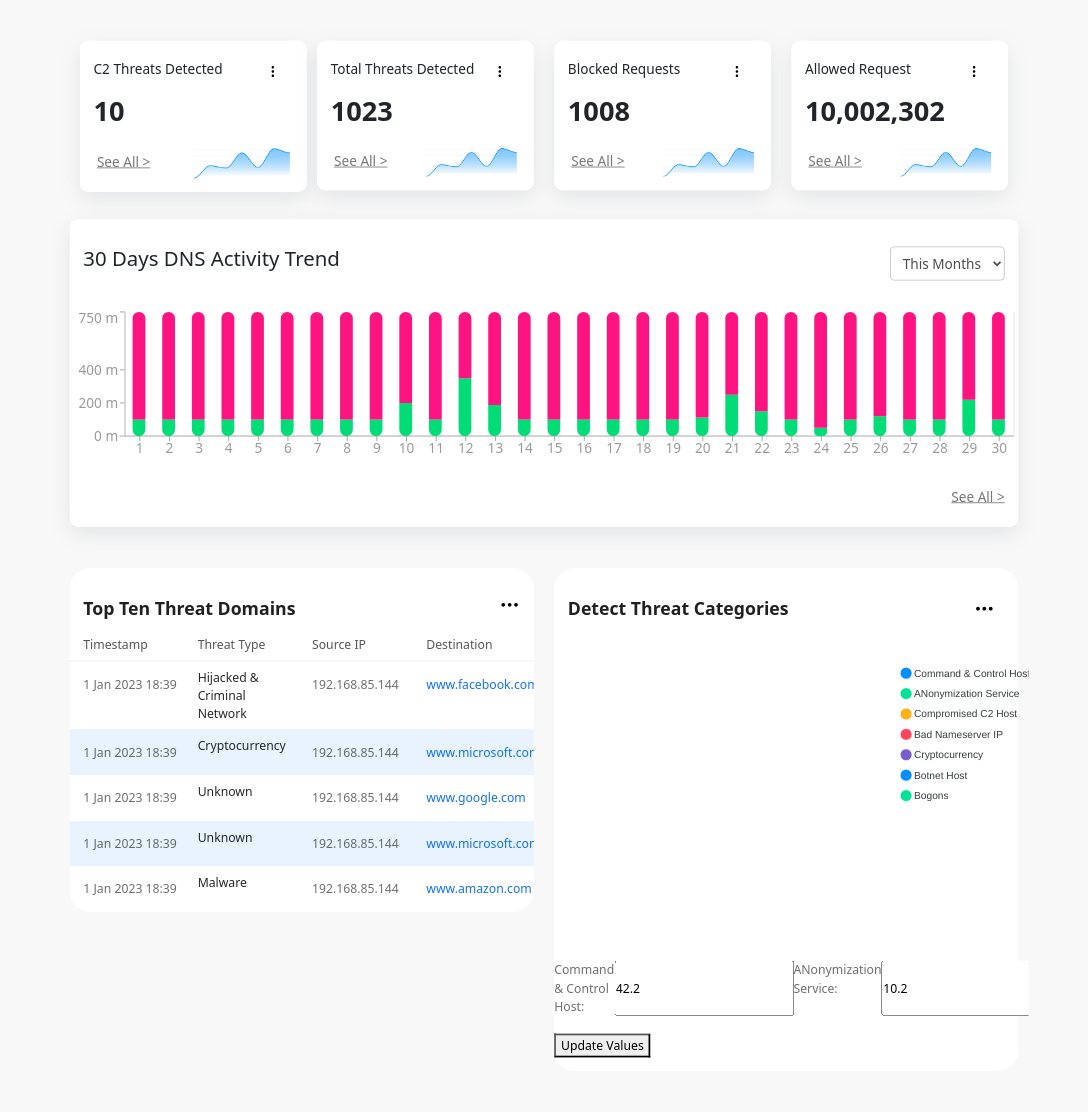
Repository: badhon252/dashboard
Page: /
An editor plug-in stored every save of this project. The page is shown before and after the next save, followed by the edit.
The browser window is 1280 px wide. The pictures show the whole page, at 85% of full size.
The project was rebuilt for these pictures with package versions that can differ from the ones it lists, and the page was loaded fresh each time. Also part of the build but not shown: vite.config.js.

Above is the page before, as saved 2023-01-28 01:57:11.

### index.html
<!DOCTYPE html>
<html lang="en">

<head>
    <meta charset="UTF-8" />
    <link rel="icon" type="image/svg+xml" href="/vite.svg" />
    <meta name="viewport" content="width=device-width, initial-scale=1.0" />
    <!-- bootsrap cdn  -->
    <link rel="stylesheet" href="https://cdn.jsdelivr.net/npm/bootstrap@5.2.3/dist/css/bootstrap.min.css">
    <title>DashBoard</title>
</head>

<body>
    <div id="root"></div>

    <script type="module" src="/src/index.jsx"></script>
    <!-- bootsrap cdn  -->
    <script type="module" src="https://cdn.jsdelivr.net/npm/bootstrap@5.2.3/dist/js/bootstrap.bundle.min.js"></script>
</body>

</html>

### src/App.jsx
import "./App.css";
import Activity from "./Components/Activity/Activity";
import Analysis from "./Components/Analysis/Analysis";
import Status from "./Components/Status/Status";

function App() {
  return (
    <div className="container">
      <Status />
      <Activity />
      <Analysis />
    </div>
  );
}

export default App;

### src/App.css
*,
::after,
::before {
    box-sizing: border-box;
}

body {
    background-color: #f8f8f8;
}

.link {
    color: rgba(0, 0, 0, 0.534);
    text-decoration: underline;
    font-size: 1em;
    padding: 0;
}

.link,
img {
    cursor: pointer;
}

### src/Components/Activity/Activity.jsx
import "./Activity.css";
import ActivityGraph from "./ActivityGraph";
import ActivityHeader from "./ActivityHeader";

export default function Activity() {
  const customTooltip = ({ active, payload, label }) => {
    if (active && payload && payload.length) {
      return (
        <div className="custom-tooltip">
          <p className="date-label">{label + " Jan 2023"}</p>

          <div className="d-flex">
            <div className="tooltip-allowed ">
              <p className="label">
                <span>00</span> Allowed
              </p>
              <p className="label">
                <span>00</span>
                {`${payload[0].value}`}
              </p>
            </div>

            <div className="tooltip-blocked">
              <p className="label">
                <span>00</span> Blocked
              </p>
              <p className="label">
                <span>00</span>
                {`${payload[1].value}`}
              </p>
            </div>
          </div>
        </div>
      );
    }
  };

  return (
    <div className="activity">
      <ActivityHeader />
      <div className="activity_graph">
        {/* barhcart Code goes here  */}
        <ActivityGraph CustomTooltip={customTooltip} />
        <div className="link py-4 px-3">See All {">"} </div>
      </div>
    </div>
  );
}

### src/Components/Analysis/Analysis.jsx
import "./Analysis.css";
import DomainInfo from "./DomainInfo";
import dotIcon from "../../assets/dot.svg";
import GraphAnalysis from "./Graph/GraphAnalysis";

export default function Analysis() {
  return (
    <div className="row my-5" id="analysis">
      <div className="col-md-6">
        <DomainInfo icon={dotIcon} />
      </div>
      <div className="col-md-6">
        <GraphAnalysis icon={dotIcon} />
      </div>
    </div>
  );
}

### src/Components/Status/Status.jsx
import React from "react";
import "./Status.css";
import StatusCard from "./StatusCard";
import dotIcon from "../../assets/dot.svg";

export default function Status() {
  return (
    <div id="status" className="container">
      <div className="row">
        <div className="col-md-3 pe-0">
          <StatusCard
            title="C2 Threats Detected"
            icon={dotIcon}
            amount="10"
            link={null}
          />
        </div>
        <div className="col-md-3">
          <StatusCard
            title="Total Threats Detected"
            icon={dotIcon}
            amount="1023"
            link={null}
          />
        </div>
        <div className="col-md-3">
          <StatusCard
            title="Blocked Requests"
            icon={dotIcon}
            amount="1008"
            link={null}
          />
        </div>
        <div className="col-md-3">
          <StatusCard
            title="Allowed Request"
            icon={dotIcon}
            amount="10,002,302"
            link={null}
          />
        </div>
      </div>
    </div>
  );
}

### src/Components/Activity/Activity.css
.activity {
    background-color: #ffffff;
    margin: 1rem 0;
    border-radius: 10px;
    box-shadow: rgba(149, 157, 165, 0.2) 0px 8px 24px;
}

.activity_header {
    justify-content: space-between;
    padding: 2rem 1rem;
    border-radius: 5px;
}

.activity_graph .link {
    text-align: right;
}

#months {
    background-color: #fff;
    border: 1px solid rgba(120, 111, 111, 0.434);
    outline: none;
    border-radius: 5px;
    padding: 7px 10px;
    font-size: 1rem;
    color: #000000b3;
    cursor: pointer;
}

.custom-tooltip {
    background-color: #fff;
    padding: 0.7rem;
    border: none;
    border-radius: 15px;
    box-shadow: 0 0 5px 0 rgba(0, 0, 0, 0.2);
}

.activity .date-label {
    font-size: 1rem;
    font-weight: 600;
    color: #000000b3;
    border-bottom: 1px solid #e4e4e4;
}

.activity .label {
    font-size: 0.8rem;
    font-weight: 400;
    color: #000000b3;
    padding: 0 5px;
}

.tooltip-allowed {
    padding-right: 1rem;
    border-right: 1px solid #e4e4e4;
}

.tooltip-allowed .label:last-child {
    color: rgb(0, 164, 60);
    border-radius: 15px;
    background-color: rgba(113, 251, 0, 0.228);
}

.tooltip-allowed .label span {
    width: 5px;
    height: 5px;
    border-radius: 50%;
    background-color: rgb(0, 251, 109);
    color: rgb(0, 251, 92);
    margin-right: 5px;
    font-size: 5px;
}

.tooltip-blocked {
    padding-left: 1rem;
}

.tooltip-blocked .label span {
    width: 5px;
    height: 5px;
    border-radius: 50%;
    background-color: rgb(251, 0, 71);
    color: rgb(251, 0, 71);
    font-size: 5px;
    margin-right: 5px;
}

.tooltip-blocked .label:last-child {
    color: #000000b3;
    border-radius: 115px;
    color: rgb(251, 0, 71);
    background-color: rgba(251, 0, 71, 0.133);
}

### src/Components/Activity/ActivityGraph.jsx
import {
  ResponsiveContainer,
  XAxis,
  YAxis,
  BarChart,
  Bar,
  Tooltip,
  CartesianGrid,
} from "recharts";
import Data from "../data";
import "./Activity.css";

const ActivityGraph = ({ CustomTooltip }) => {
  return (
    //? Creating Bars
    <ResponsiveContainer width="100%" aspect="6">
      <BarChart data={Data()} outerRadius={10}>
        <XAxis dataKey="id" stroke="#9a9a9a" interval={"preserveStartEnd"} />
        <YAxis
          dataKey="height"
          stroke="#9a9a9a"
          interval={"preserveStartEnd"}
          domain={[0, 750]}
          tickFormatter={(value) => `${value} m`}
        />
        <CartesianGrid stroke="#e0dfdf" vertical={true} horizontal={false} />

        <Bar
          barSize={15}
          dataKey="allowed"
          strokeWidth={1}
          stackId="a"
          fill="rgb(0, 221, 118)"
          radius={[0, 0, 15, 15]}
          background={{ fill: "#5590ff13" }}
        />

        <Bar
          barSize={15}
          dataKey="blocked"
          strokeWidth={1}
          stackId="a"
          fill="rgb(255, 19, 129)"
          radius={[10, 10, 0, 0]}
        ></Bar>

        <Tooltip
          content={<CustomTooltip />}
          cursor={{ fill: "blue", opacity: 0.2 }}
        />
      </BarChart>
    </ResponsiveContainer>
  );
};

export default ActivityGraph;

### src/Components/Activity/ActivityHeader.jsx
const ActivityHeader = () => {
  return (
    <div className="activity_header d-flex">
      <h4>30 Days DNS Activity Trend</h4>
      <div className="activity_header_right">
        <form action="">
          <select id="months" name="months">
            <option value="January">This Months</option>
            <option value="Februery">Februery</option>
            <option value="March">March</option>
            <option value="April">April</option>
            <option value="May">May</option>
            <option value="June">June</option>
            <option value="July">July</option>
            <option value="August">August</option>
            <option value="September">September</option>
            <option value="October">October</option>
            <option value="November">November</option>
            <option value="December">December</option>
          </select>
        </form>
      </div>
    </div>
  );
};

export default ActivityHeader;

### src/Components/Analysis/Analysis.css
#analysis {
    overflow: hidden;
}

.footer {
    text-align: center;
}

#analysis .row .col-md-6 {
    padding: 0;
    margin: 1rem;
    box-shadow: rgba(0, 0, 0, 0.15) 0px 5px 15px 0px;
}

.title {
    font-size: 1.3rem;
    font-weight: 600;
    color: rgba(0, 0, 0, 0.874);
}

#analysis .domainInfo,
.analysisGraph {
    color: rgba(0, 0, 0, 0.568);
    font-size: 0.9rem;
    background-color: #ffffff;
    border-radius: 25px;
}

.domainHeader {
    border-bottom: 1px solid rgba(128, 128, 128, 0.185);
    padding: 0 1rem;
    color: rgba(0, 0, 0, 0.67);
}

.threatDomain:nth-child(odd) {
    background-color: #e8f3ff;
}

.threatDomain {
    padding: 0 1rem;
}

.threatType {
    font-size: 0.9rem;
    color: rgba(0, 0, 0, 0.843);
}

.destination {
    color: #1072f8;
}


/* Graph  */

.apexcharts-legend-series:hover {
    background-color: rgba(0, 0, 0, 0.087);
    border-radius: 5px;
    box-sizing: border-box;
}

.domainInfo {
    background-color: #fff;
    border-radius: 15px;
    box-sizing: border-box;
    overflow: hidden;
}

.img {
    box-sizing: border-box;
    transform: rotate(90deg);
    padding: 0.5rem;
}


/* Graph  */

.graph {
    background-color: #fff;
    border-radius: 25px;
    box-sizing: border-box;
    padding: 0 1rem;
    overflow: hidden;
    height: 100%;
}

.threatGraph input {
    padding: 0;
    margin: 0;
}

.apexcharts-legend.apx-legend-position-bottom.apexcharts-align-left,
.apexcharts-legend.apx-legend-position-top.apexcharts-align-left,
.apexcharts-legend.apx-legend-position-right,
.apexcharts-legend.apx-legend-position-left {
    font-size: 1.4rem;
    font-weight: 600;
}

### src/Components/Analysis/DomainInfo.jsx
import DomainThreat from "./DomainThreat";
import "./Analysis.css";

const DomainInfo = ({ icon }) => {
  return (
    <div className="domainInfo">
      <div className="title my-3"></div>
      <div className="analysis-heading d-flex justify-content-between mx-3">
        <div className="title py-3">Top Ten Threat Domains</div>
        <div className="img">
          <img className="img-fluid w-75" src={icon} alt=":" />
        </div>
      </div>
      {/*Threat Domains Header*/}
      <div className="row domainHeader pb-2">
        <div className="col-md-3">
          <div className="timestamp">Timestamp</div>
        </div>
        <div className="col-md-3">
          <div className="">Threat Type</div>
        </div>
        <div className="col-md-3">
          <div className="sourseIp">Source IP</div>
        </div>
        <div className="col-md-3">
          <div className="">Destination</div>
        </div>
      </div>
      {/*Threat Domains*/}
      <DomainThreat
        timestamp="1 Jan 2023 18:39"
        sourseIp="192.168.85.144"
        threatType="Hijacked & Criminal Network"
        destination="www.facebook.com"
      />
      <DomainThreat
        timestamp="1 Jan 2023 18:39"
        threatType="Cryptocurrency"
        sourseIp="192.168.85.144"
        destination="www.microsoft.com"
      />
      <DomainThreat
        timestamp="1 Jan 2023 18:39"
        sourseIp="192.168.85.144"
        destination="www.google.com"
      />
      <DomainThreat
        timestamp="1 Jan 2023 18:39"
        sourseIp="192.168.85.144"
        destination="www.microsoft.com"
      />
      <DomainThreat
        timestamp="1 Jan 2023 18:39"
        threatType="Malware"
        sourseIp="192.168.85.144"
        destination="www.amazon.com"
      />
    </div>
  );
};

export default DomainInfo;

### src/Components/Analysis/Graph/GraphAnalysis.jsx
import "../Analysis.css";
import Graph from "./Graph";
import { useState } from "react";
// import ApexCharts from "react-apexcharts";

const AnalysisGraph = ({ icon }) => {
  return (
    <div className="analysisGraph py-3">
      <div className="analysis-heading d-flex justify-content-between p-3">
        <div className="title ">Detect Threat Categories</div>
        <div className="img">
          <img className="img-fluid w-75" src={icon} alt=":" />
        </div>
      </div>
      <div className="threatGraph">
        {/* importing Graph  */}
        <Graph />

        {/* input-container */}
        {/* <div className="input-container">
          {inputValues.map((value, index) => (
            <div key={index}>
              <label className="mx-2">Value {index + 1}:</label>
              <input
                type="number"
                value={value}
                onChange={(e) => handleChange(e, index)}
              />
            </div>
          ))}
          <button className="btn btn-outline-dark my-2" onClick={handleClick}>
            Update Values
          </button>
        </div> */}
      </div>
    </div>
  );
};

export default AnalysisGraph;

### src/Components/Status/Status.css
/* Card css  */

#status .col-md-3 {
    box-sizing: border-box;
}

.myCard {
    transition: all 0.3s ease-in-out;
    box-shadow: rgba(149, 157, 165, 0.2) 0px 8px 24px;
    border-radius: 10px;
    background-color: #fff;
}

.myCard_title {
    font-size: 1rem;
    font-weight: 500;
    margin: 0.5rem 0;
}

.myCard_value {
    font-size: 2em;
    font-weight: 600;
}

.myCard_data {
    display: flex;
    justify-content: space-between;
    align-items: center;
    padding: 0 1rem;
}

.myCard .col-md-3,
.myCard .col-sm-6 {
    padding: 0;
}

### src/Components/Status/StatusCard.jsx
import "./Status.css";
import areaChart from "../../assets/areaChat.png";

export default function StatusCard({ title, icon, amount, link }) {
  return (
    <div className="myCard mt-5 mb-3 p-3">
      <div className="myCard_Head d-flex justify-content-between">
        <h3 className="myCard_title">{title}</h3>
        <h3 className="myCard_icon">
          <img className="img-fluid w-50" src={icon} alt=":" />
        </h3>
      </div>

      <div className="myCard_value">{amount}</div>

      <div className="myCard_data row pt-3">
        <div className="link col-sm-6">
          <a href={link}>See All {">"} </a>
        </div>
        <div className="myCard_Graph col-sm-6">
          <img className="img-fluid" src={areaChart} alt="" />
        </div>
      </div>
    </div>
  );
}

### src/Components/Analysis/DomainThreat.jsx
import "./Analysis.css";
const DomainThreat = ({ timestamp, threatType, sourseIp, destination }) => {
  return (
    <div className="row threatDomain">
      <div className="col-md-3 my-3">
        <div className="timestamp">{timestamp || "Unknown"}</div>
      </div>
      <div className="col-md-3 my-2">
        <div className="threatType">{threatType || "Unknown"}</div>
      </div>
      <div className="col-md-3 my-3">
        <div className="sourseIp">{sourseIp || "Unknown"}</div>
      </div>
      <div className="col-md-3 my-3">
        <div className="destination">{destination || "Unknown"}</div>
      </div>
    </div>
  );
};

export default DomainThreat;

### src/Components/Analysis/Graph/Graph.jsx
import React, { useState } from "react";
import ApexCharts from "react-apexcharts";

function Graph() {
  const [inputValue1, setInputValue1] = useState(42.2);
  const [inputValue2, setInputValue2] = useState(10.2);
  const [inputValue3, setInputValue3] = useState(5.7);
  const [inputValue4, setInputValue4] = useState(10.5);
  const [inputValue5, setInputValue5] = useState(6.7);
  const [inputValue6, setInputValue6] = useState(19.9);
  const [inputValue7, setInputValue7] = useState(4.8);

  const [chartOptions, setChartOptions] = useState({
    series: [
      { name: "Command & Control Host", data: inputValue1 },
      { name: "ANonymization Service", data: inputValue2 },
      { name: "Compromised C2 Host", data: inputValue3 },
      { name: "Bad Nameserver IP", data: inputValue4 },
      { name: "Cryptocurrency", data: inputValue5 },
      { name: "Botnet Host", data: inputValue6 },
      { name: "Bogons", data: inputValue7 },
    ],
    chart: {
      type: "donut",
    },
    responsive: [
      {
        breakpoint: 480,
        options: {
          chart: {
            width: 200,
          },
          legend: {
            position: "bottom",
          },
        },
      },
    ],
    labels: [
      "Command & Control Host",
      "ANonymization Service",
      "Compromised C2 Host",
      "Bad Nameserver IP",
      "Cryptocurrency",
      "Botnet Host",
      "Bogons",
    ],
  });

  const handleChange1 = (e) => {
    setInputValue1(e.target.value);
  };

  const handleChange2 = (e) => {
    setInputValue2(e.target.value);
  };
  const handleChange3 = (e) => {
    setInputValue3(e.target.value);
  };
  const handleChange4 = (e) => {
    setInputValue4(e.target.value);
  };
  const handleChange5 = (e) => {
    setInputValue5(e.target.value);
  };
  const handleChange6 = (e) => {
    setInputValue6(e.target.value);
  };
  const handleChange7 = (e) => {
    setInputValue7(e.target.value);
  };

  const handleClick = () => {
    setChartOptions({
      ...chartOptions,
      series: [
        inputValue1,
        inputValue2,
        inputValue3,
        inputValue4,
        inputValue5,
        inputValue6,
        inputValue7,
      ],
    });
  };

  return (
    <div>
      <ApexCharts
        options={chartOptions}
        series={chartOptions.series}
        type="donut"
        width="580"
        height="auto"
      />

      <div className="d-flex justify-content-between">
        <label htmlFor="input1">Command & Control Host: </label>{" "}
        <input
          type="number"
          value={inputValue1}
          id="input1"
          onChange={handleChange1}
        />{" "}
        <br />
        <label htmlFor="input2">ANonymization Service: </label>{" "}
        <input
          type="number"
          value={inputValue2}
          id="input2"
          onChange={handleChange2}
        />{" "}
        <br />
        <label htmlFor="input3">Compromised C2 Host: </label>{" "}
        <input
          type="number"
          value={inputValue3}
          id="input3"
          onChange={handleChange3}
        />{" "}
        <br />
        <label htmlFor="input4">Bad Nameserver IP: </label>{" "}
        <input
          type="number"
          value={inputValue4}
          id="input4"
          onChange={handleChange4}
        />{" "}
        <br />
        <label htmlFor="input5">Cryptocurrency: </label>{" "}
        <input
          type="number"
          value={inputValue5}
          id="input5"
          onChange={handleChange5}
        />{" "}
        <br />
        <label htmlFor="input6">Botnet Host: </label>{" "}
        <input
          type="number"
          value={inputValue6}
          id="input6"
          onChange={handleChange6}
        />{" "}
        <br />
        <label htmlFor="input7">Bogons: </label>{" "}
        <input
          type="number"
          value={inputValue7}
          id="input7"
          onChange={handleChange7}
        />{" "}
      </div>
      <br />
      <button onClick={handleClick}>Update Values</button>
    </div>
  );
}
export default Graph;

Loaded but not shown: src/index.jsx (common file); src/Components/data.js (153 lines, source omitted)

After the next save:
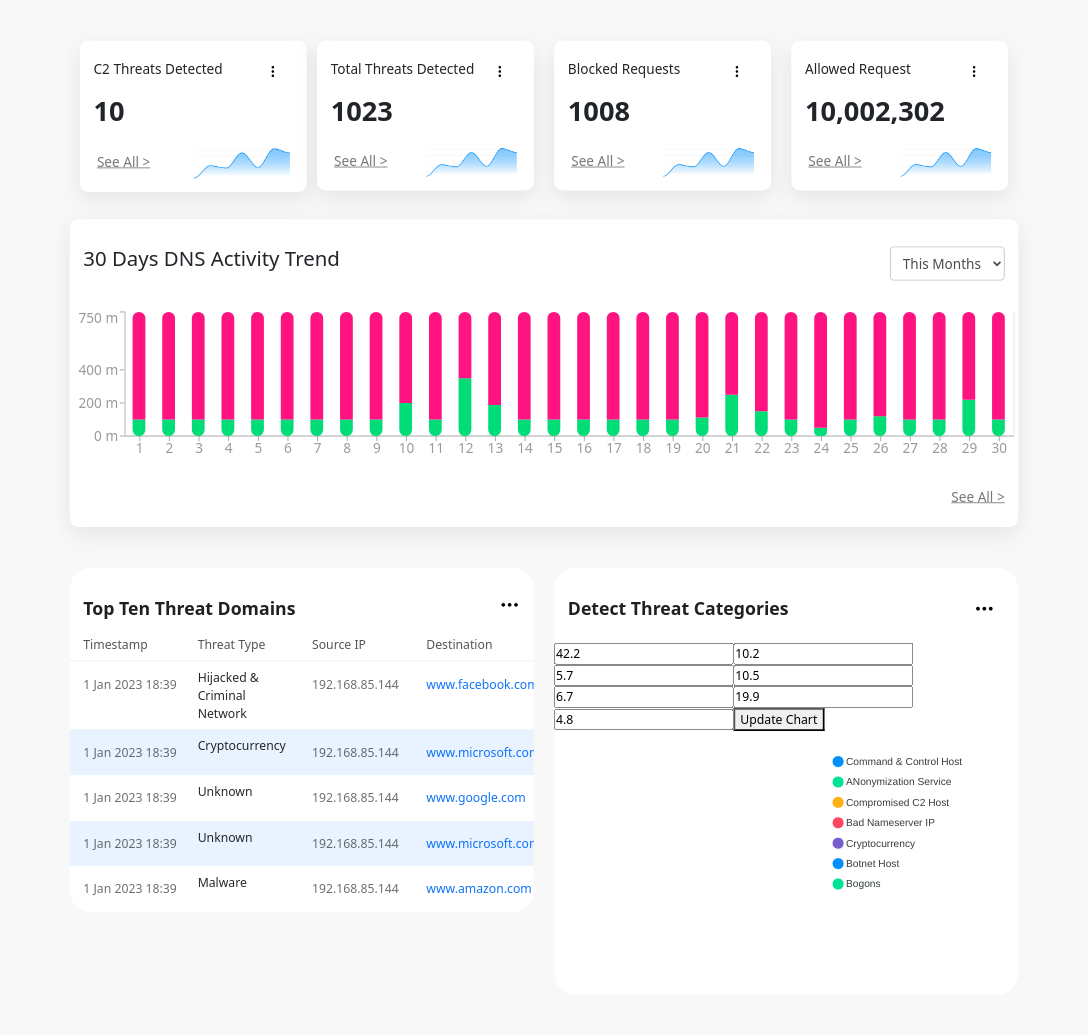
Saved 2 min 57 s later.
--- a/src/Components/Analysis/Graph/Graph.jsx
+++ b/src/Components/Analysis/Graph/Graph.jsx
@@ -87,73 +87,52 @@ function Graph() {
 
   return (
     <div>
-      <ApexCharts
-        options={chartOptions}
-        series={chartOptions.series}
-        type="donut"
-        width="580"
-        height="auto"
-      />
-
-      <div className="d-flex justify-content-between">
-        <label htmlFor="input1">Command & Control Host: </label>{" "}
+      <div className="input-container">
         <input
-          type="number"
           value={inputValue1}
-          id="input1"
           onChange={handleChange1}
-        />{" "}
-        <br />
-        <label htmlFor="input2">ANonymization Service: </label>{" "}
+          placeholder="Command & Control Host"
+        />
         <input
-          type="number"
           value={inputValue2}
-          id="input2"
           onChange={handleChange2}
-        />{" "}
-        <br />
-        <label htmlFor="input3">Compromised C2 Host: </label>{" "}
+          placeholder="ANonymization Service"
+        />
         <input
-          type="number"
           value={inputValue3}
-          id="input3"
           onChange={handleChange3}
-        />{" "}
-        <br />
-        <label htmlFor="input4">Bad Nameserver IP: </label>{" "}
+          placeholder="Compromised C2 Host"
+        />
         <input
-          type="number"
           value={inputValue4}
-          id="input4"
           onChange={handleChange4}
-        />{" "}
-        <br />
-        <label htmlFor="input5">Cryptocurrency: </label>{" "}
+          placeholder="Bad Nameserver IP"
+        />
         <input
-          type="number"
           value={inputValue5}
-          id="input5"
           onChange={handleChange5}
-        />{" "}
-        <br />
-        <label htmlFor="input6">Botnet Host: </label>{" "}
+          placeholder="Cryptocurrency"
+        />
         <input
-          type="number"
           value={inputValue6}
-          id="input6"
           onChange={handleChange6}
-        />{" "}
-        <br />
-        <label htmlFor="input7">Bogons: </label>{" "}
+          placeholder="Botnet Host"
+        />
         <input
-          type="number"
           value={inputValue7}
-          id="input7"
           onChange={handleChange7}
-        />{" "}
+          placeholder="Bogons"
+        />
+        <button onClick={handleClick}>Update Chart</button>
       </div>
-      <br />
-      <button onClick={handleClick}>Update Values</button>
+      <div className="chart-container">
+        <ApexCharts
+          options={chartOptions}
+          series={chartOptions.series}
+          type="donut"
+          width="500"
+        />
+      </div>
     </div>
   );
 }
